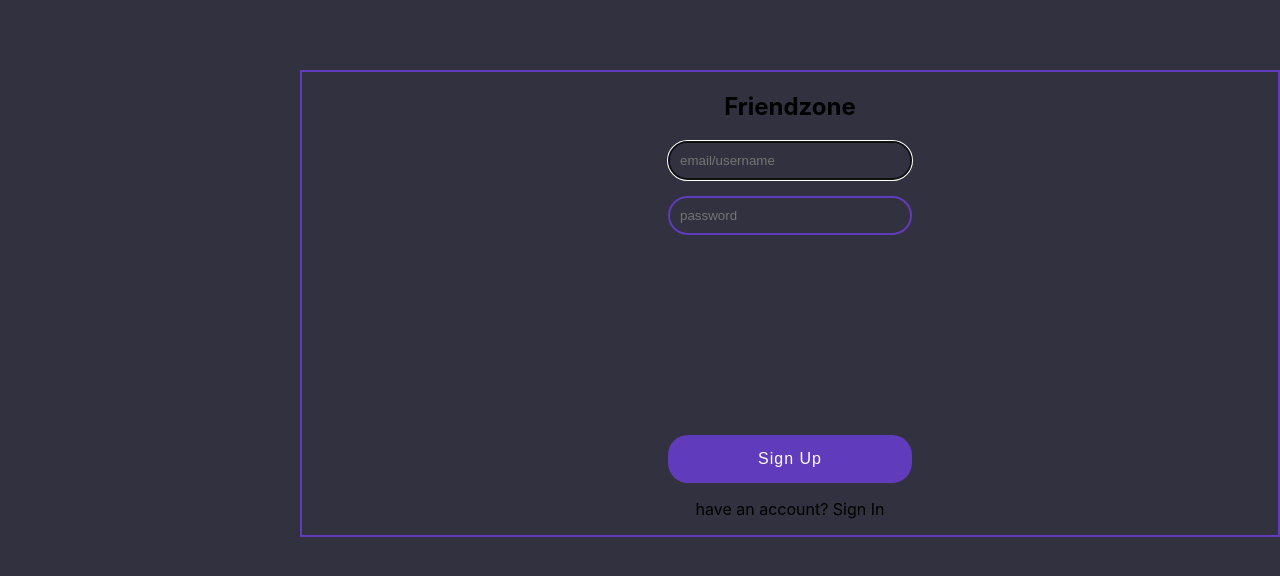
Repository: DerickT02/friend-zone
Page: /
An editor plug-in stored every save of this project. The page is shown before and after the next save, followed by the edit.
The browser window is 1280 px wide. The pictures show the whole page.
The project was rebuilt for these pictures with package versions that can differ from the ones it lists, and the page was loaded fresh each time. Also part of the build but not shown: src/Appreducer.js, src/GlobalState.js, src/Post.js, src/Homepage.js, src/fire.js.

Above is the page before, as saved 2021-07-07 07:53:56.

### src/index.js
import React from 'react';
import ReactDOM from 'react-dom';
import './index.css';
import App from './App';


ReactDOM.render(

    <App />,
  document.getElementById('root')
);

// If you want to start measuring performance in your app, pass a function
// to log results (for example: reportWebVitals(console.log))
// or send to an analytics endpoint. Learn more: https://bit.ly/CRA-vitals

### src/index.css
body {
  margin: 0;
  font-family: -apple-system, BlinkMacSystemFont, 'Segoe UI', 'Roboto', 'Oxygen',
    'Ubuntu', 'Cantarell', 'Fira Sans', 'Droid Sans', 'Helvetica Neue',
    sans-serif;
  -webkit-font-smoothing: antialiased;
  -moz-osx-font-smoothing: grayscale;
  background-color: rgb(49, 49, 63);

}

code {
  font-family: source-code-pro, Menlo, Monaco, Consolas, 'Courier New',
    monospace;
}

### src/App.js
import React, { Component, useState, useEffect } from 'react'
import { BrowserRouter, Switch, Link, Route, Redirect, Router} from 'react-router-dom'
import Login from './Login'
import Homepage from './Homepage'
import './App.css'

import fire from './fire'
import GlobalProvider from './GlobalState'

function App() {
  const [user, setUser] = useState('')
  const [email, setEmail] = useState('')
  const [password, setPassword] = useState('')
  const [emailError, setEmailError] = useState('')
  const [passwordError, setPasswordError] = useState('')
  const [hasAccount, setHasAccount] = useState(false)

const clearInputs = () => {
  setEmail('')
  setPassword('')
}

const clearErrors = () => {
  setEmailError('');
  setPasswordError('')
}

const handleLogin = () => {
  clearErrors()
  fire
  .auth()
  .signInWithEmailAndPassword(email, password)
  .catch(err => {
      switch(err.code){
          case 'auth/invalid-email':
          case 'auth/user-disabled':
          case 'auth/user-not-found':
              setEmailError(err.message)
              break;
          case 'auth/wrong-password':
              setPasswordError(err.message)
              break
      }
  })
}

const handleSignup = () => {
  clearErrors()
  fire
  .auth()
  .createUserWithEmailAndPassword(email, password)
  .catch(err => {
      switch(err.code){
          case 'auth/email-already-in-use':
          case 'auth/invalid-email':
          setEmailError(err.message);
          break;

          case 'auth/weak-password':
          setPasswordError(err.message)
      }
  })
}

const handleLogout = () => {
  fire
  .auth()
  .signOut()
}

const authListener = () => {
  fire.auth().onAuthStateChanged((user) => {
    if(user){
      clearInputs()
      setUser(user)
    }
    else {
        setUser('')
    }
  })
}

useEffect(() => {
  authListener()
}, [])

  return (
    <div className="App">
    {user ? (
      <BrowserRouter>
      <GlobalProvider>
      <Switch>
        <Route exact path = '/'><Redirect to = "/homepage"/></Route>
        <Route exact path = '/homepage'><Homepage handleLogout = {handleLogout}/></Route>
      </Switch>
      </GlobalProvider>
     </BrowserRouter>
    ) : (

      <BrowserRouter>
      <Switch>
      <Route exact path = '/homepage'><Redirect to = "/" /></Route>
        <Route><Login email = {email}
            setEmail = {setEmail}
            password = {password}
            setPassword={setPassword}
            handleLogin={handleLogin}
            handleSignup={handleSignup}
            hasAccount={hasAccount}
            setHasAccount={setHasAccount}
            emailError={emailError}
            passwordError={passwordError} /></Route>
      </Switch>
      </BrowserRouter>
    )}

    </div>
  );
}

export default App;

### src/Login.js
import React, { Component, useState, useEffect } from 'react'
import './Login.css'
import {Link} from 'react-router-dom'

const Login = (props) => {
    const {email, setEmail, password, setPassword, handleLogin, handleSignup, hasAccount, setHasAccount, emailError, passwordError} = props
    return (
        <section className = "login">
        <div className="loginContainer" >

<h1>Friendzone</h1>


<input placeholder = 'email/username' type ="text" autoFocus required value = {email} onChange={(e) => setEmail(e.target.value)}/>
<p className ="errorMsg">{emailError}</p>

<input placeholder = 'password' type ="password" required value = {password} onChange={(e) => setPassword(e.target.value)} />
<p className = "errorMsg">{passwordError}</p>
<div className="btnContainer">

    {hasAccount ? (
        <div>
       <button type = "submit" onClick = {handleLogin}>Sign in</button>
        <p>Don't have an account? <span onClick ={() => setHasAccount(!hasAccount)}>Sign Up</span></p>
        </div>
    ):(
        <div>
        <button type = "submit" onClick={handleSignup}>Sign Up</button>
        <p>have an account? <span onClick = {() => setHasAccount(!hasAccount)}>Sign In</span></p>
        </div>
    )}

</div>
</div>
</section>





    )
}


export default Login

### src/Login.css
* {
  box-sizing: border-box;
}


.login .loginContainer {
  margin-top: 70px;
  margin-left: 300px;
  border: 2px solid #603bbb;
}

.login .loginContainer input {
  border: 2px solid #603bbb;
  width: 25%;
  padding: 10px;
  background-color: rgb(49, 49, 63);
  border-radius: 20px;
  color: white;
}




.btnContainer {
  margin-top: 200px;
}


.btnContainer button {
  border: none;
  border-radius: 20px;
  outline: none;
  width: 25%;
  padding: 15px 0;
  color: #fff;
  font-size: 16px;
  letter-spacing: 1px;
  background: #603bbb;
  cursor: pointer;
}

Loaded but not shown: public/index.html (common file); src/App.css (common file)

After the next save:
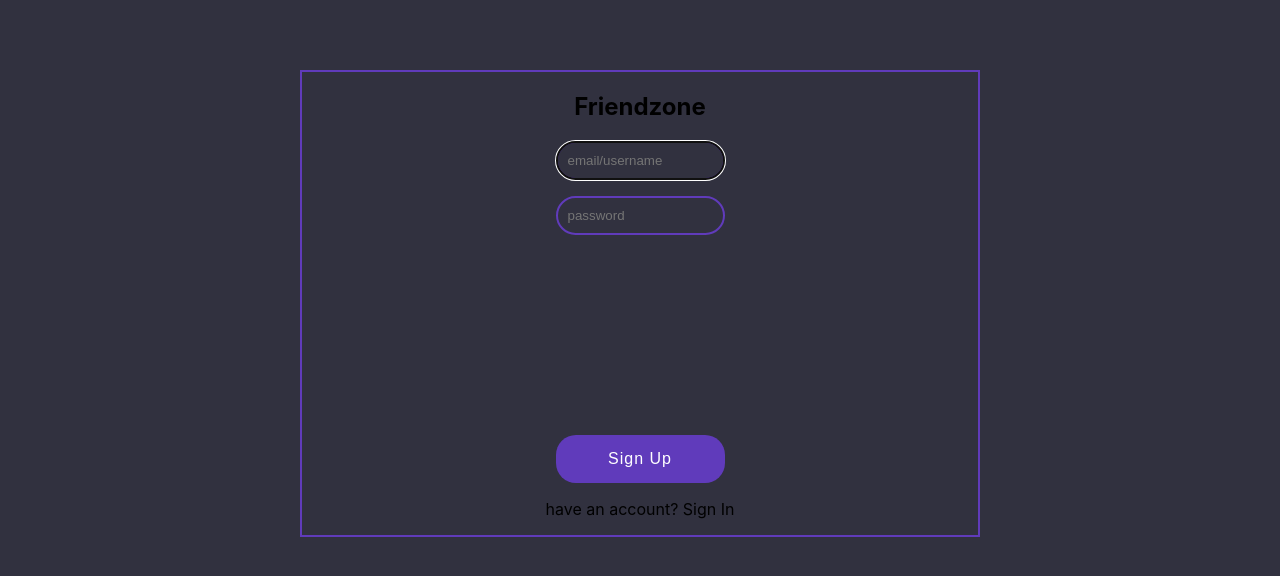
Saved 26 s later.
--- a/src/Login.css
+++ b/src/Login.css
@@ -6,6 +6,7 @@
 .login .loginContainer {
   margin-top: 70px;
   margin-left: 300px;
+  margin-right: 300px;
   border: 2px solid #603bbb;
 }
 
